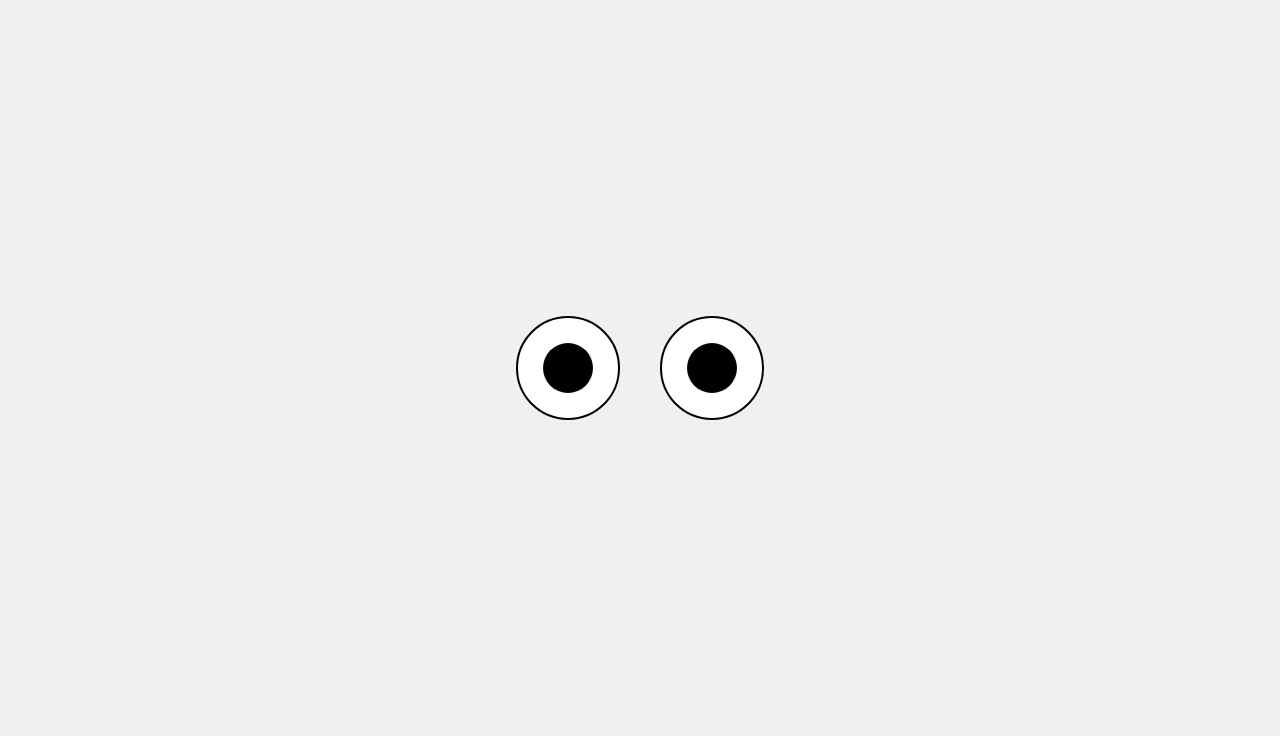
Repository: lorenzocunha/bender
Page: index.html
An editor plug-in stored every save of this project. The page is shown before and after the next save, followed by the edit.
The browser window is 1280 px wide. The pictures show the whole page.
Some web libraries are served in a nearby version.

Above is the page before, as saved 2024-03-24 10:50:56.

### index.html
<!DOCTYPE html>

<html lang="PT-BR">
    <meta charset="UTF-8">
    <meta name="viewport" content="width=device-width, initial-scale=1.0">
    <title>Bender</title>
    <link rel="stylesheet" href="style.css">
    <script src="https://cdnjs.cloudflare.com/ajax/libs/lottie-web/5.7.4/lottie.min.js"></script>
</head>

<body>
    <div class="container">
        <div id="bender" class="Bender">
            <div class="eye" id="eye1"><div class="pupil" id="pupil1"></div></div>
            <div class="eye" id="eye2"><div class="pupil" id="pupil2"></div></div>
            <script src="script.js"></script>
        </div>
    </div>
</body>
</html>

### style.css
.Bender svg {
    width: 400px;
}
.Bender {
    display: flex;
}
body {
    display: flex;
    justify-content: center;
    align-items: center;
    height: 100vh;
    background-color: #f0f0f0;
}

.eye {
    position: relative;
    width: 100px;
    height: 100px;
    background-color: #fff;
    border-radius: 50%;
    margin: 0 20px;
    display: flex;
    justify-content: center;
    align-items: center;
    border: 2px solid #000;
}

.pupil {
    position: absolute;
    width: 50px;
    height: 50px;
    background-color: #000;
    border-radius: 50%;
}

### script.js
document.addEventListener('mousemove', (event) => {
    const eyes = document.querySelectorAll('.eye');
    eyes.forEach(eye => {
        const { left, top, width, height } = eye.getBoundingClientRect();
        const eyeCenterX = left + width / 2;
        const eyeCenterY = top + height / 2;
        const mouseX = event.clientX;
        const mouseY = event.clientY;
        const angle = Math.atan2(mouseY - eyeCenterY, mouseX - eyeCenterX);
        const radius = Math.min(width, height) / 4;
        const pupilX = radius * Math.cos(angle);
        const pupilY = radius * Math.sin(angle);
        const pupil = eye.querySelector('.pupil');
        pupil.style.transform = `translate(${pupilX}px, ${pupilY}px)`;
    });
});

After the next save:
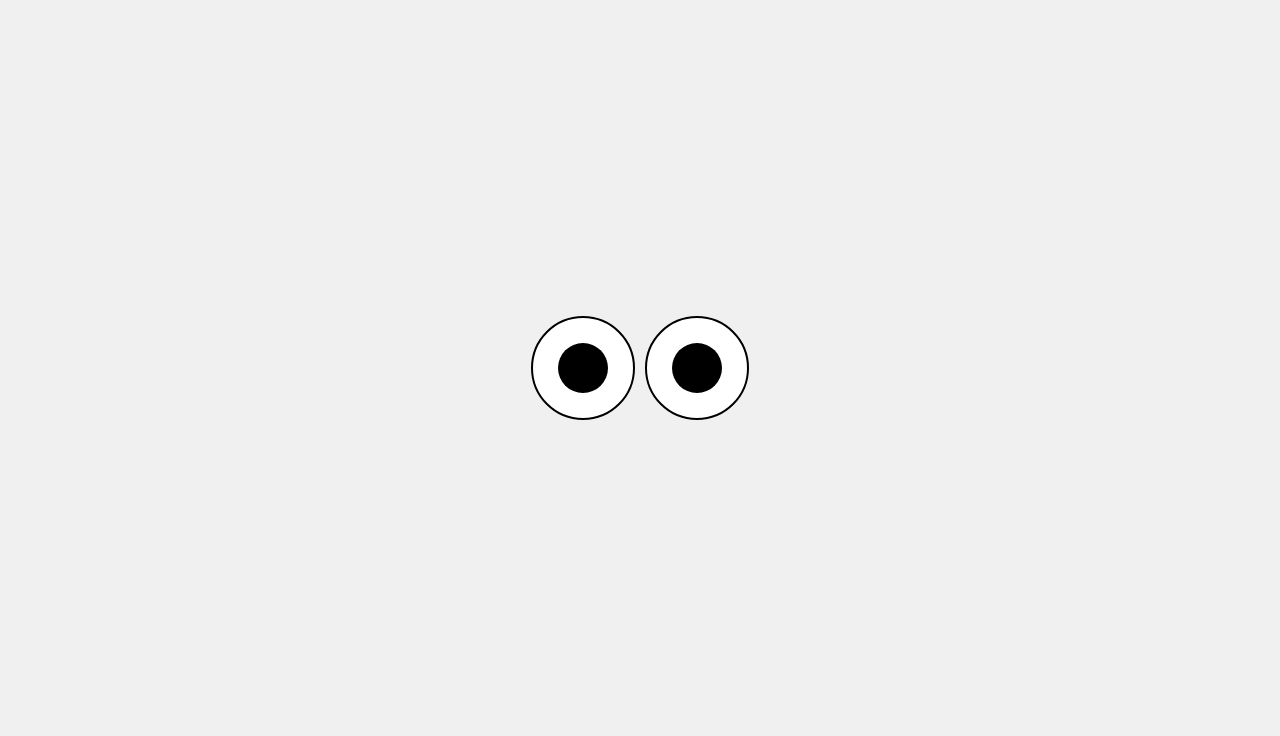
Saved 25 s later.
--- a/style.css
+++ b/style.css
@@ -18,7 +18,7 @@ body {
     height: 100px;
     background-color: #fff;
     border-radius: 50%;
-    margin: 0 20px;
+    margin: 0 5px;
     display: flex;
     justify-content: center;
     align-items: center;
